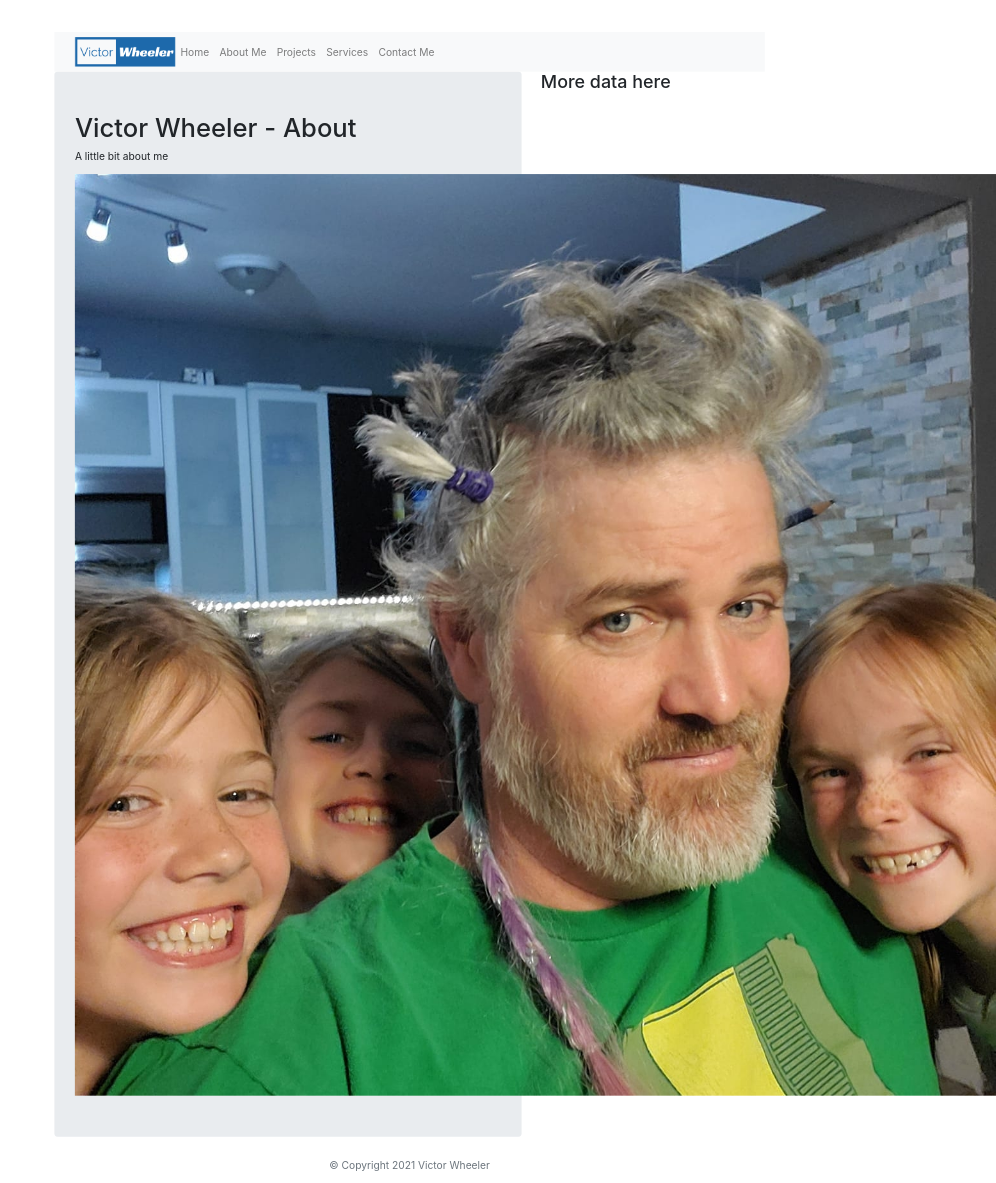
Repository: VictorWheeler/COMP_229_301167760
Page: http://localhost/about
These files come from the project's save history. The page is drawn as it stood at one moment and after the next save; the edit follows.
The browser window is 1280 px wide. The page is 1557 px wide, then 1280 px, so the pictures cover 1557 px, including what lies to the right of the window. The pictures show the whole page, at 64% of full size.
The page is served by the project's Node server (server.js).

Above is the page before, as saved 2021-09-30 09:50:57.

After the next save:
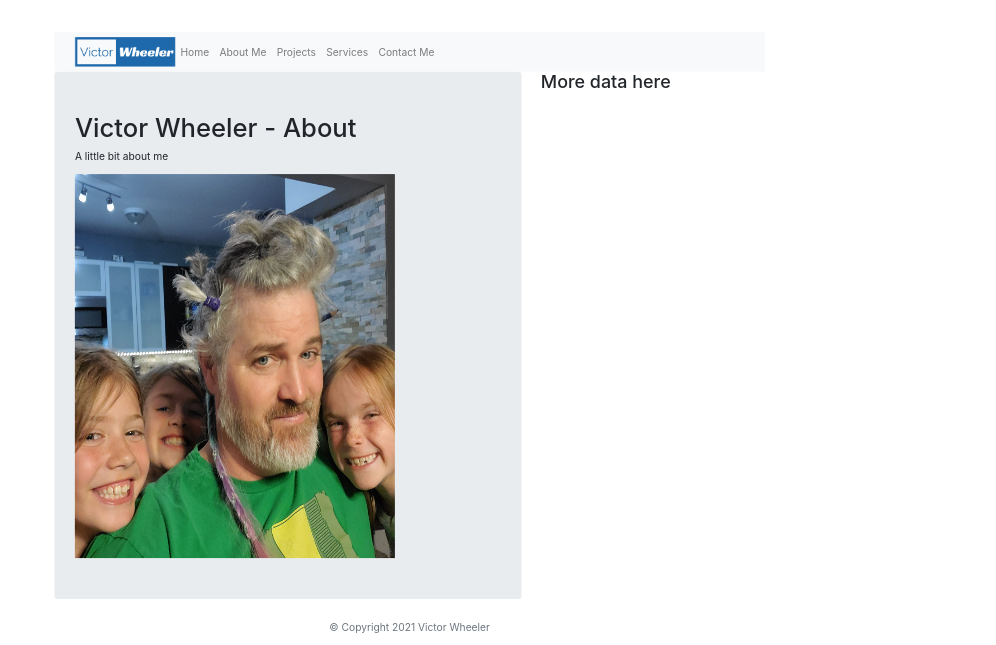
Saved 34 s later.
--- a/Express-Portfolio-Site/views/pages/about.ejs
+++ b/Express-Portfolio-Site/views/pages/about.ejs
@@ -15,7 +15,7 @@
     <div class="jumbotron">
       <h1>Victor Wheeler - About</h1>
       <p>A little bit about me</p>
-      <img src="/images/aboutme.jpg" alt="Victor Wheeler">
+      <img src="/images/aboutme.jpg" alt="Victor Wheeler" width="500" height="600">
     </div>
   </div>
 
